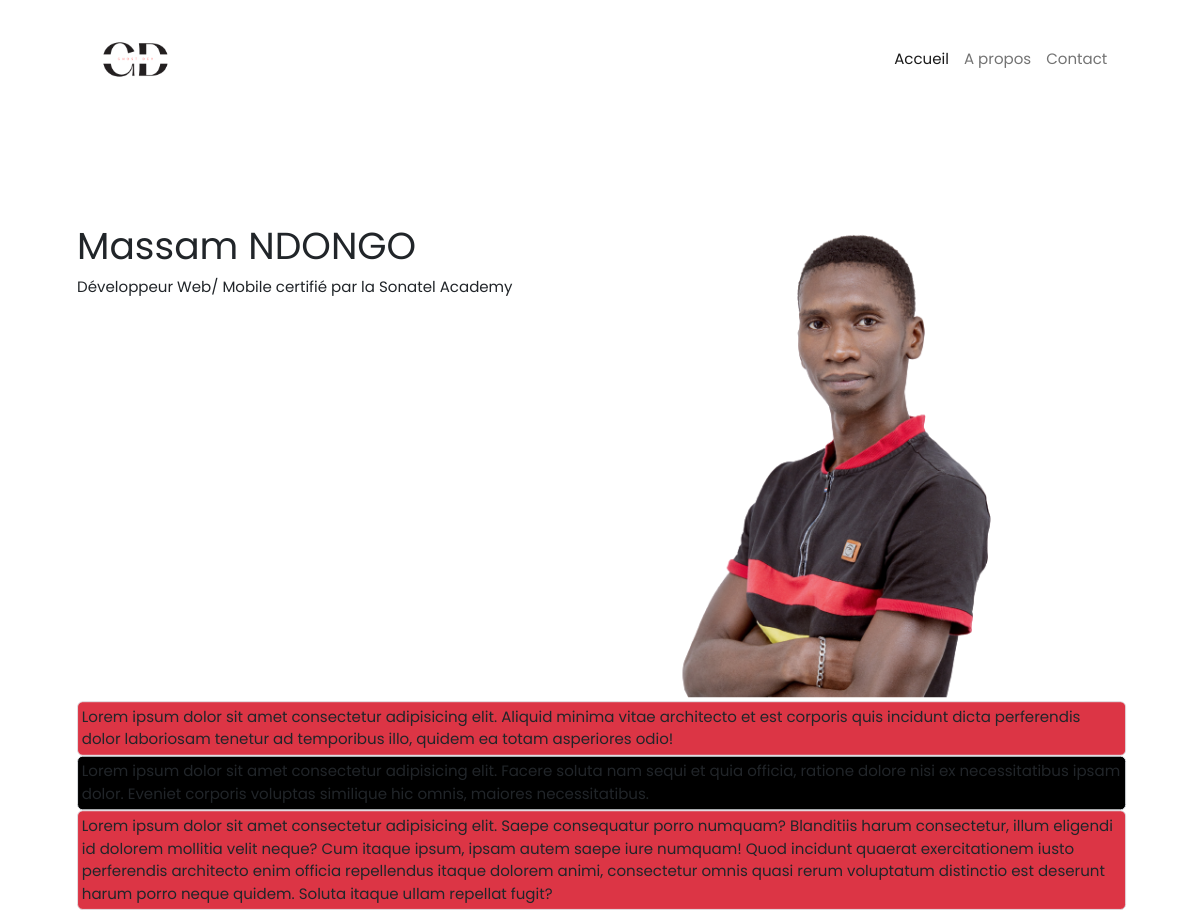
Repository: massndongo/portfolio1
Page: index.html
An editor plug-in stored every save of this project. The page is shown before and after the next save, followed by the edit.
The browser window is 1280 px wide. The pictures show the whole page, at 94% of full size.

Above is the page before, as saved 2023-05-29 17:53:38.

### index.html
<!DOCTYPE html>
<html>
<head>
    <meta charset='utf-8'>
    <meta http-equiv='X-UA-Compatible' content='IE=edge'>
    <title>Portfolio Massam NDONGO</title>
    <meta name='viewport' content='width=device-width, initial-scale=1'>
    <link rel="stylesheet" href="https://cdn.jsdelivr.net/npm/bootstrap@5.2.3/dist/css/bootstrap.min.css" integrity="sha384-rbsA2VBKQhggwzxH7pPCaAqO46MgnOM80zW1RWuH61DGLwZJEdK2Kadq2F9CUG65" crossorigin="anonymous">
    <link rel="stylesheet" href="./assets/css/main.css">
</head>
<body>
    <div class="container">

        <!-- navbar -->
        <nav class="navbar navbar-expand-lg bg-body-tertiary container">
            <div class="container-fluid">
              <a class="navbar-brand" href="#"><img class="img-thumbnail border-0" width="100px" height="100px" src="./assets/images/logo.png" alt="" srcset=""></a>
              <button class="navbar-toggler" type="button" data-bs-toggle="collapse" data-bs-target="#navbarText" aria-controls="navbarText" aria-expanded="false" aria-label="Toggle navigation">
                <span class="navbar-toggler-icon"></span>
              </button>
              <div class="collapse navbar-collapse d-flex flex-row justify-content-end" id="navbarText">
                <div>
                    <ul class="navbar-nav me-auto mb-2 mb-lg-0">
                      <li class="nav-item">
                        <a class="nav-link active" aria-current="page" href="#">Accueil</a>
                      </li>
                      <li class="nav-item">
                        <a class="nav-link" href="#propos" onclick="scrollToSection('propos')">A propos</a>
                      </li>
                      <li class="nav-item">
                        <a class="nav-link" href="#contact" onclick="scrollToSection('contact')">Contact</a>
                      </li>
                    </ul>
                </div>
              </div>
            </div>
        </nav>
        <!-- End Navbar -->

        <div class="contenu">

        <div class="propos d-flex row flex-row justify-content-center" id="propos">
            <div class="col-lg-6 col-md-12 ">
                <h1>Massam NDONGO</h1>
                <P>Développeur Web/ Mobile certifié par la Sonatel Academy</P>
            </div>
            <div class="col-lg-6 col-md-12">
                <img src="./assets/images/mass.png" class="img-thumbnail border-0" alt="" srcset="">
            </div>
        </div>

        <div class="skills img-thumbnail bg-danger" id="contact">
            Lorem ipsum dolor sit amet consectetur adipisicing elit. Aliquid minima vitae architecto et est corporis quis incidunt dicta perferendis dolor laboriosam tenetur ad temporibus illo, quidem ea totam asperiores odio!
        </div>

        <div class="projets img-thumbnail bg-black">
            Lorem ipsum dolor sit amet consectetur adipisicing elit. Facere soluta nam sequi et quia officia, ratione dolore nisi ex necessitatibus ipsam dolor. Eveniet corporis voluptas similique hic omnis, maiores necessitatibus.
        </div>

        <div class="contact img-thumbnail bg-danger">
            Lorem ipsum dolor sit amet consectetur adipisicing elit. Saepe consequatur porro numquam? Blanditiis harum consectetur, illum eligendi id dolorem mollitia velit neque? Cum itaque ipsum, ipsam autem saepe iure numquam!
            Quod incidunt quaerat exercitationem iusto perferendis architecto enim officia repellendus itaque dolorem animi, consectetur omnis quasi rerum voluptatum distinctio est deserunt harum porro neque quidem. Soluta itaque ullam repellat fugit?

        </div>
        </div>


        <footer></footer>

    </div>


    <!-- script -->
    <script src="https://cdn.jsdelivr.net/npm/bootstrap@5.2.3/dist/js/bootstrap.min.js" integrity="sha384-cuYeSxntonz0PPNlHhBs68uyIAVpIIOZZ5JqeqvYYIcEL727kskC66kF92t6Xl2V" crossorigin="anonymous"></script>
    <script src="https://cdn.jsdelivr.net/npm/bootstrap@5.2.3/dist/js/bootstrap.bundle.min.js" integrity="sha384-kenU1KFdBIe4zVF0s0G1M5b4hcpxyD9F7jL+jjXkk+Q2h455rYXK/7HAuoJl+0I4" crossorigin="anonymous"></script>
    <script src='./assets/js/main.js'></script>
</body>
</html>

### assets/css/main.css
@font-face {
    font-family: 'Poppins Regular';
    src: url('../fonts/poppins/Poppins-Regular.ttf') format('truetype');
  }

  /* Utilisation de la police */
  body {
    font-family: 'Poppins Regular', sans-serif;
  }

.contenu {
    margin-top: 10%;
}

### assets/js/main.js
  // Sélectionnez tous les liens de la navbar avec la classe "nav-link"
  var navLinks = document.querySelectorAll('.nav-link');

  // Parcourez tous les liens et ajoutez un gestionnaire d'événement pour le clic
  navLinks.forEach(function(link) {
    link.addEventListener('click', function(event) {
      event.preventDefault(); // Empêche le comportement par défaut du navigateur
      var target = this.getAttribute('href'); // Récupère l'attribut href du lien
      scrollToSection(target); // Appelle la fonction de défilement vers la section cible
    });
  });

  // Fonction pour déplacer l'utilisateur vers une section spécifique
  function scrollToSection(sectionId) {
    var section = document.querySelector(sectionId);
    if (section) {
      section.scrollIntoView({ behavior: 'smooth' });
    }
  }

After the next save:
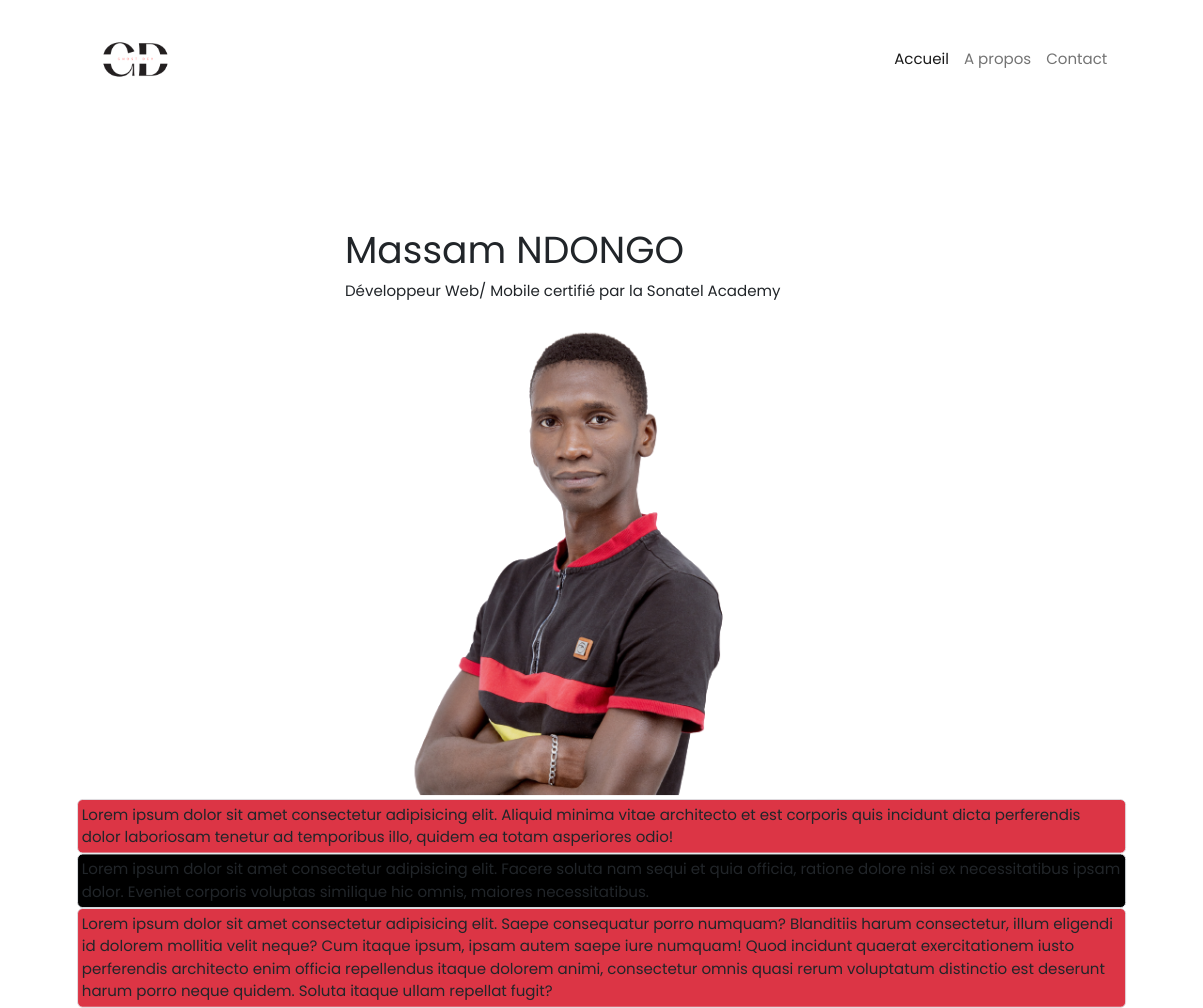
Saved 7 s later.
--- a/index.html
+++ b/index.html
@@ -40,7 +40,7 @@
         <div class="contenu">
 
         <div class="propos d-flex row flex-row justify-content-center" id="propos">
-            <div class="col-lg-6 col-md-12 ">
+            <div class="col-lg-6 col-md-12 m-1">
                 <h1>Massam NDONGO</h1>
                 <P>Développeur Web/ Mobile certifié par la Sonatel Academy</P>
             </div>

After the save that followed:
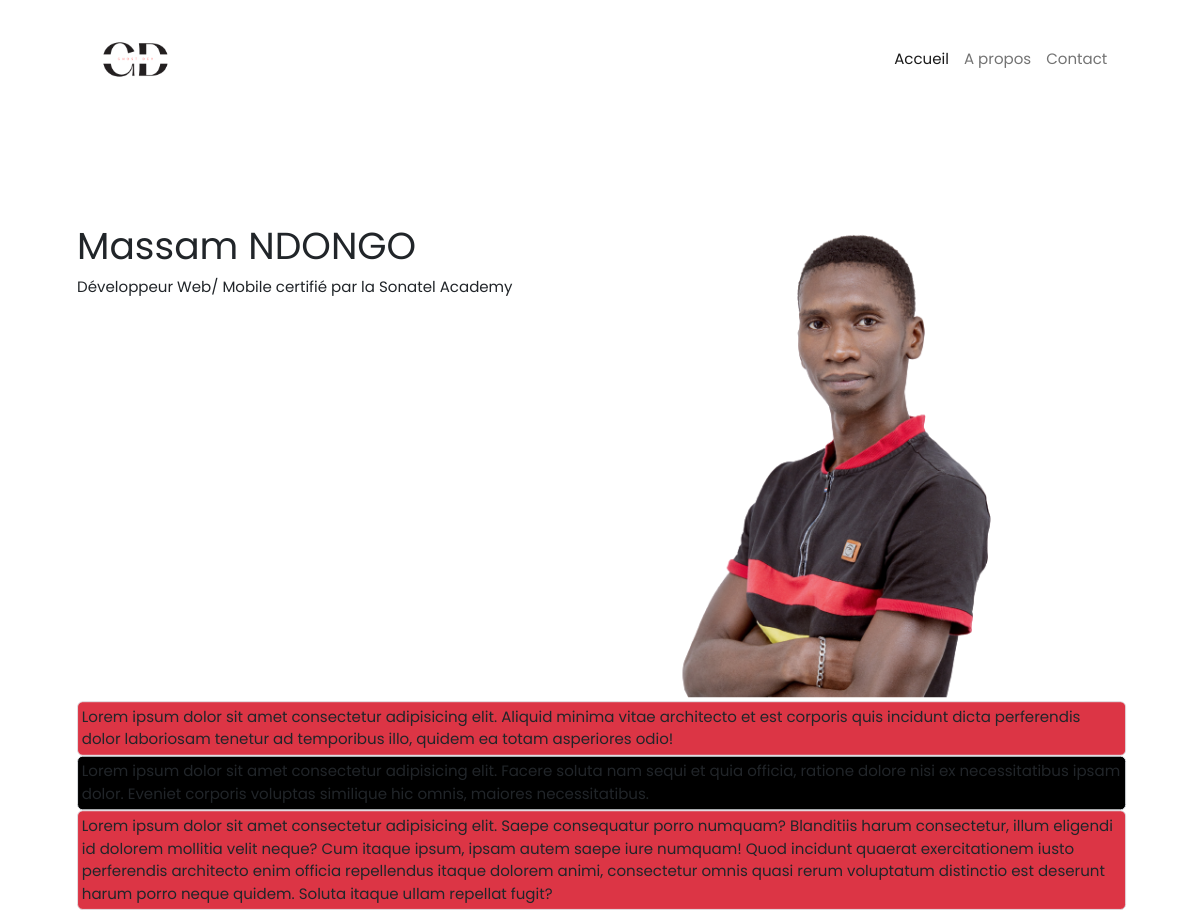
Saved 6 s later.
--- a/index.html
+++ b/index.html
@@ -40,7 +40,7 @@
         <div class="contenu">
 
         <div class="propos d-flex row flex-row justify-content-center" id="propos">
-            <div class="col-lg-6 col-md-12 m-1">
+            <div class="col-lg-6 col-md-12 ">
                 <h1>Massam NDONGO</h1>
                 <P>Développeur Web/ Mobile certifié par la Sonatel Academy</P>
             </div>
